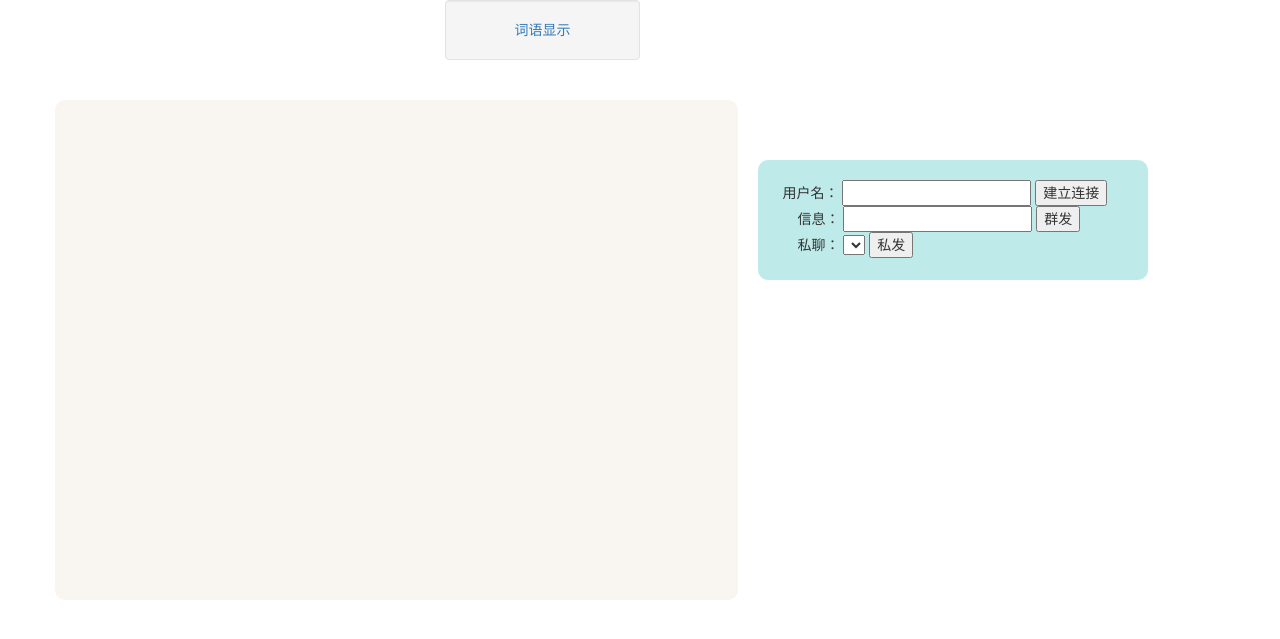
Repository: eheihaha2/whoisthespy-
Page: webDemo/WebContent/room.html
These files come from the project's save history. The page is drawn as it stood at one moment and after the next save; the edit follows.
The browser window is 1280 px wide. The pictures show the whole page.

Above is the page before, as saved 2020-02-26 04:44:26.

### webDemo/WebContent/room.html
<!DOCTYPE html>
<html>
<head>
	<script type="text/javascript" src="js/jquery-1.11.0.min.js"></script>
<script type="text/javascript" src="js/bootstrap.js"></script>
<link rel="stylesheet" href="css/bootstrap.css">
<style type="text/css">
	.show{
			margin-right:0;
			background-color:#f9f6f2;
			height: 500px;
			margin-top:20px;
			border-radius: 10px;
		}
		.mss{
			padding:20px 20px 40px 40px;
			background-color:#beebe9;
			height:120px;
			margin-left:20px;;
			margin-top:80px;
			border-radius: 10px;
		}
}
</style>
	<title></title>
</head>
<body>
	<div class="container">
	<div class="row">
		<div class="well text-center text-primary col-md-2 	col-sm-2 col-md-offset-4">词语显示</div>
	</div>
		<div class="row">
			<div class="col-md-7 col-sm-7 show">
				<div class="info">
				<span class="name"></span>
				<span class="msg"></span>
				</div>
				<div class="userinfo"></div>
     		</div>
     		<div class="col-md-4 col-sm-4 mss">
     			<div class="row">
				<span>用户名：</span>
      			<input type="text" name="username"/>
     			<button id="connBtn">建立连接</button><br />
     			</div>
			<span>信息：</span>
     		<input type="text" name="info"/>
      		<button id="subBtnAll">群发</button><br />
			<span>私聊：</span>
     		<select id="userList">
			</select>
			<button id="subBtn">私发</button>
			</div>
		</div>
	</div>
</body>
<script type="text/javascript">
	var ws=null;
	var username=null;
	var url="ws://localhost:8080/webDemo/chatRoom/";
		// 后续的消息添加都是用其做二次克隆
      	var info = $(".info").clone();
		//点击建立连接的按钮
      	$("#connBtn").on("click",function(){
      		if("WebSocket" in window){
      			username = $("input[name='username']").val();
      			ws = new WebSocket(url+username);
      			//有了webSocket连接对象之后，我就开始监听消息
      			//服务器端的所有消息都会来到这
      			ws.onmessage = function(evt){
      				var received_msg = evt.data;
      				var jsonReceive_msg = JSON.parse(received_msg);
      				var head = jsonReceive_msg.head;//获得服务器数据，解析数据获得数据类型
      				var data =jsonReceive_msg.data;//真正的data所在
      				switch (head) {
      					case "sendAll":
      					sendAll(data);
      						break;
      					case "sendTo":
      					sendTo(data);
      						break;
      					case "onLine":
      					onLine(data);
      						break;
      					case "userList":
      					userList(data);
      						break;
      					default:
      						break;
      				}
      			}
      		}else{
      			alert("您的浏览器不支持 WebSocket!");
      		}
      	})

      	//细节定义每种功能的数据接口
      	//构建JSON格式发送给服务器：{from:来自谁,msg:消息本身}
      	function sendAll(data){
      		var infoDiv = info.clone();//这个就是我要渲染的dom节点
      		//用于把从服务器端获得的JSON字符串的data解析为原生JS值
      		//var jsonData=JSON.parse(data);
      		infoDiv.find(".name").text("来自于："+data.from+"(群发)");
      		infoDiv.find(".msg").text(data.msg);
      		$(".info").parent().append(infoDiv);
      	}
      	// 构建JSON格式发送给服务器：{from:来自谁,msg:消息本身}
      	function sendTo(data){
      		var infoDiv = info.clone();//这个就是我要渲染的dom节点
      		infoDiv.find(".name").text("来自于："+data.from+"(私发)");
      		infoDiv.find(".msg").text(data.msg);
      		$(".info").parent().append(infoDiv);
      	}
      	// 构建JSON格式发送给服务器：{name:上线人姓名}
      	function onLine(data){
      	//$(".userinfo").empty();
      	console.log(data);
      	$(".userinfo").append("<p>"+"【"+data.name+"上线了】"+"</p>");
      	}
      	// 构建JSON格式发送给服务器：[用户1,用户2]
      	function userList(data){
      		$("#userList").empty();
      		var jsonData=JSON.parse(data);
      		$("#userList").append("<option>请选择</option>");
      		$.each(jsonData,function(index,item){
      			$("#userList").append("<option value="+item+">"+item+"</option>");
      		})
      	}

      	//点击群发按钮
      	$("#subBtnAll").on("click",function(){
      		//var sentName = $("input[name='username']").val();
      		var msg = $("input[name='info']").val();
      		console.log(msg);
      		var jsonMsg={
      			"head":"sendAll",
      			"data":msg
      			//"from":sentName,
      			//"msg":msg
      		}
      		console.log(jsonMsg);
      		//var subAllEnd =JSON.stringify(jsonMsg);
      		ws.send(JSON.stringify(jsonMsg));
      	})
      	//点击私发按钮
      	$("#subBtn").on("click",function(){
      		var msg=$("input[name=info]").val();
      		var toUser=$("#userList").val();
      		console.log(toUser);
      		var jsonMsg={
      			"head":"sendTo",
      			"data":{
      				"to":toUser,
      				"msg":msg
      			}
      		}
      		console.log(jsonMsg);
      		ws.send(JSON.stringify(jsonMsg));
      	})
</script>
</html>

Loaded but not shown: webDemo/WebContent/js/jquery-1.11.0.min.js (library); webDemo/WebContent/js/bootstrap.js (library); webDemo/WebContent/css/bootstrap.css (library)

After the next save:
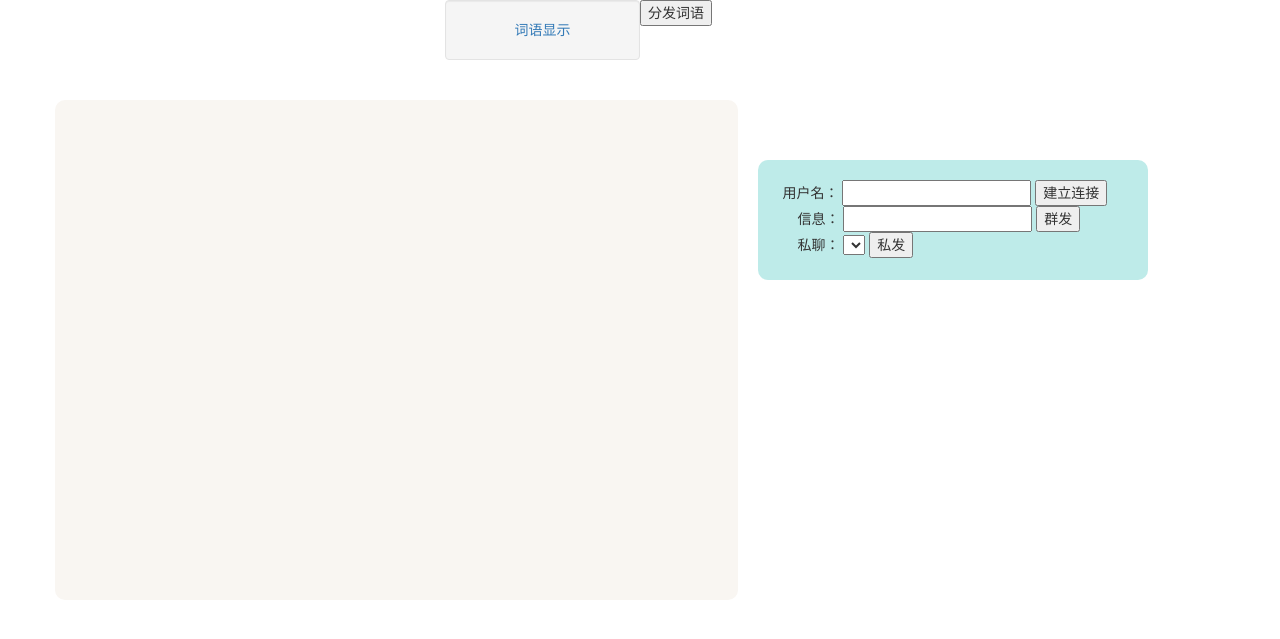
Saved 3 min 16 s later.
--- a/webDemo/WebContent/room.html
+++ b/webDemo/WebContent/room.html
@@ -28,6 +28,7 @@
 	<div class="container">
 	<div class="row">
 		<div class="well text-center text-primary col-md-2 	col-sm-2 col-md-offset-4">词语显示</div>
+		<button id="connBtn">分发词语</button><br />
 	</div>
 		<div class="row">
 			<div class="col-md-7 col-sm-7 show">
